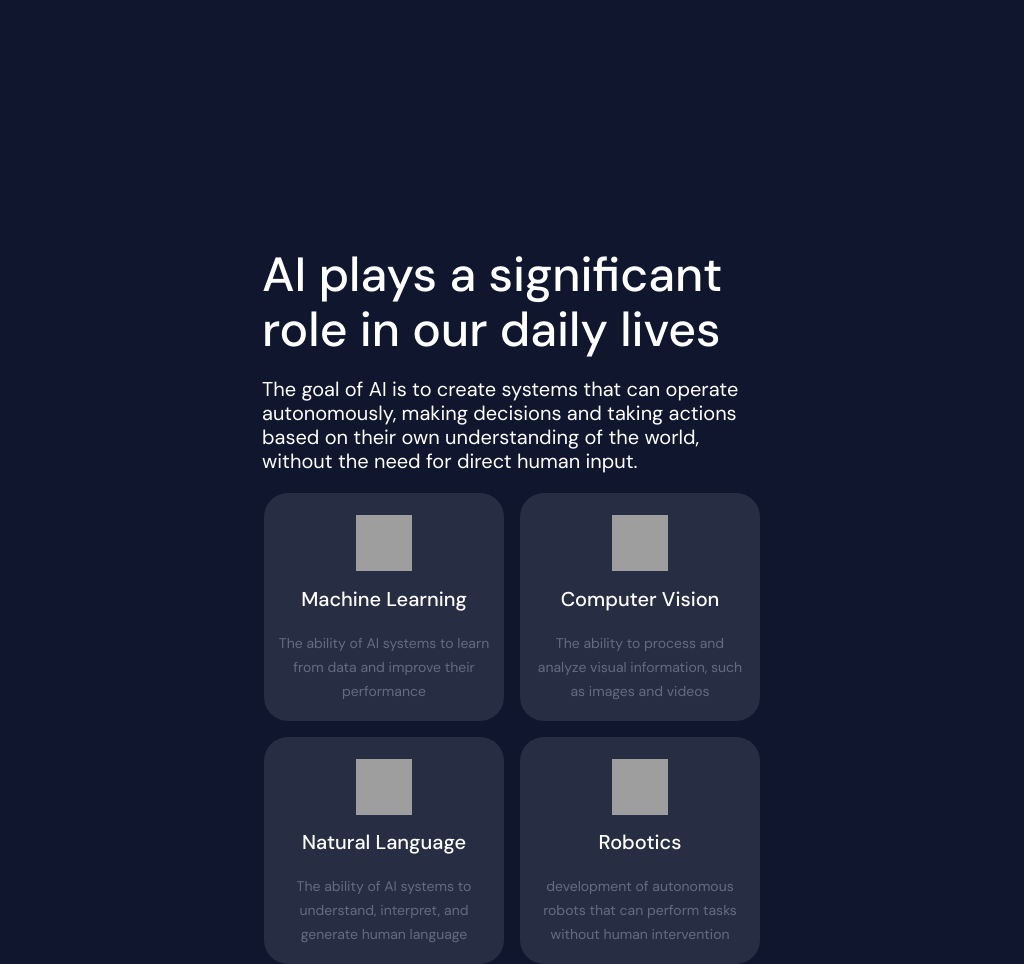
Repository: guli95/four-areas-of-AI-INVO-ACAdemy
Page: /
These files come from the project's save history. The page is drawn as it stood at one moment and after the next save; the edit follows.
The browser window is 1024 px wide. The pictures show the whole page.
Pictures or frames that could not be fetched are drawn as grey boxes. The project was rebuilt for these pictures with package versions that can differ from the ones it lists, and the page was loaded fresh each time.

Above is the page before, as saved 2023-03-13 16:02:18.

After the next save:
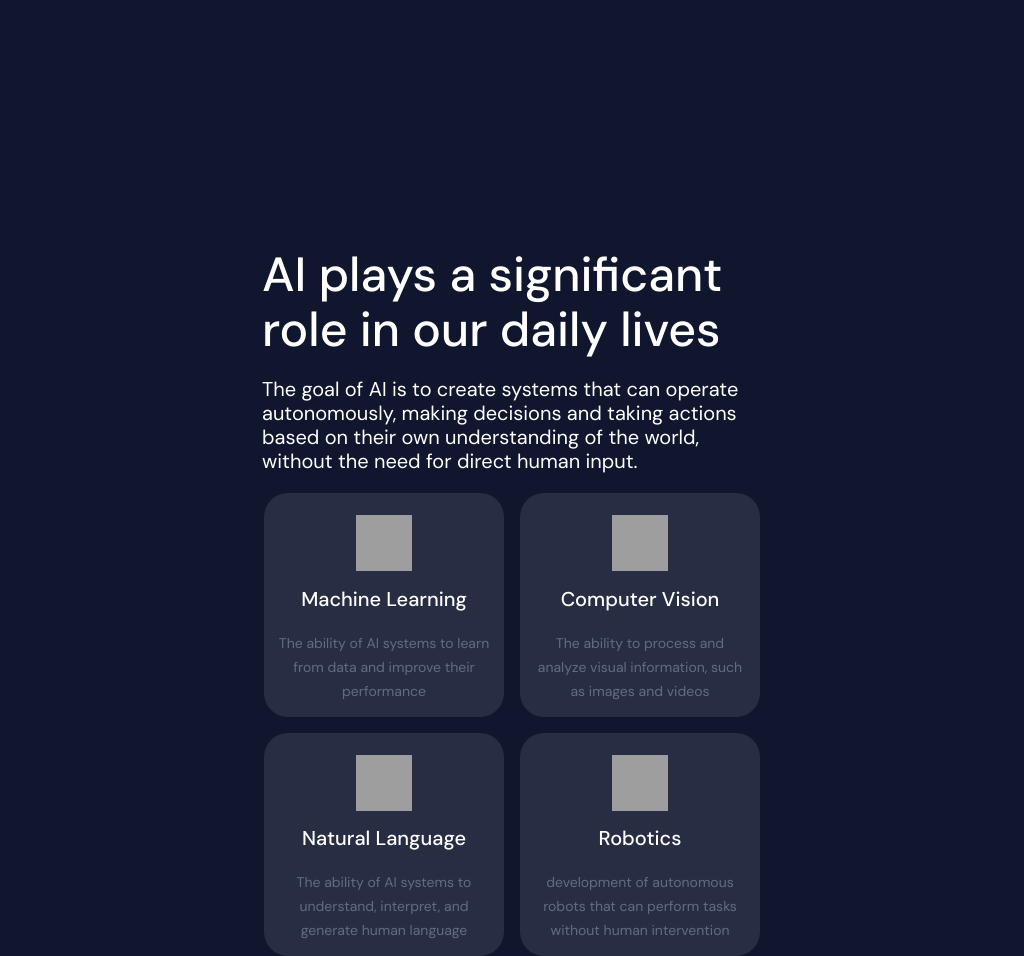
Saved 5 s later.
--- a/src/pages/home-page/styles/home-page.scss
+++ b/src/pages/home-page/styles/home-page.scss
@@ -89,7 +89,7 @@
             }
             @media screen and (max-width:1191px) {
                 max-width: 220px;
-                padding-bottom: 4px;
+                padding-bottom: 0;
             }
             @media screen and (max-width:480px) {
                 width: 100%;
